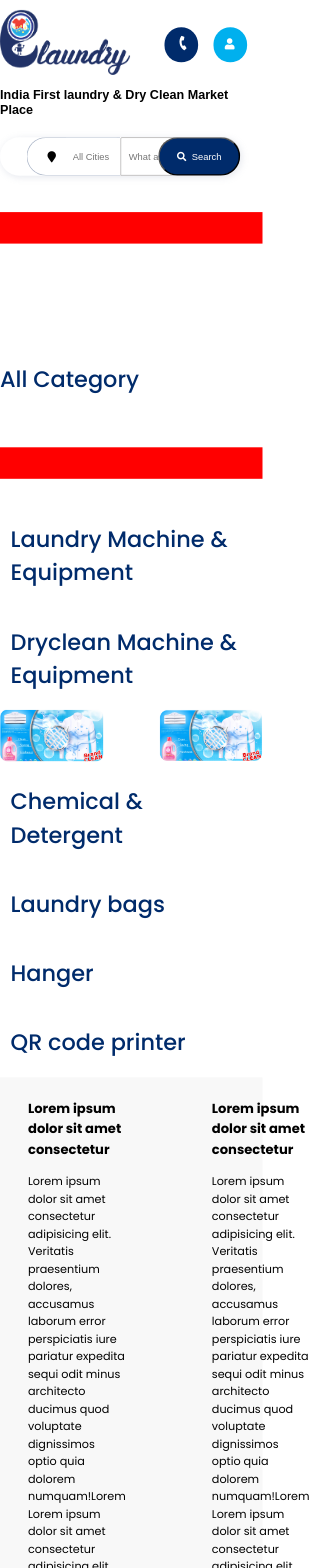
Repository: anamikatomar21/omramartnew
Page: /
These files come from the project's save history. The page is drawn as it stood at one moment and after the next save; the edit follows.
The browser window is 375 px wide. The page is 442 px wide, so the pictures cover 442 px, including what lies to the right of the window. The pictures show the part of the page from y = 0 to 2240 px (the page is 4921 px tall before and 4931 px after), at 70% of full size.
The page's requests for data from a server got no answer. The project was rebuilt for these pictures with package versions that can differ from the ones it lists, and the page was loaded fresh each time. Some packages were replaced by stand-ins written for this rebuild. The framework's server and built-in components were replaced by stand-ins that run in the browser. No one was signed in, and anything a server would have sent is missing. Also part of the build but not shown: next.config.js, styles/Merchant/smallbanner.module.scss, styles/Merchant/layout.module.scss.

Above is the page before, as saved 2022-07-21 18:02:27.

After the next save:
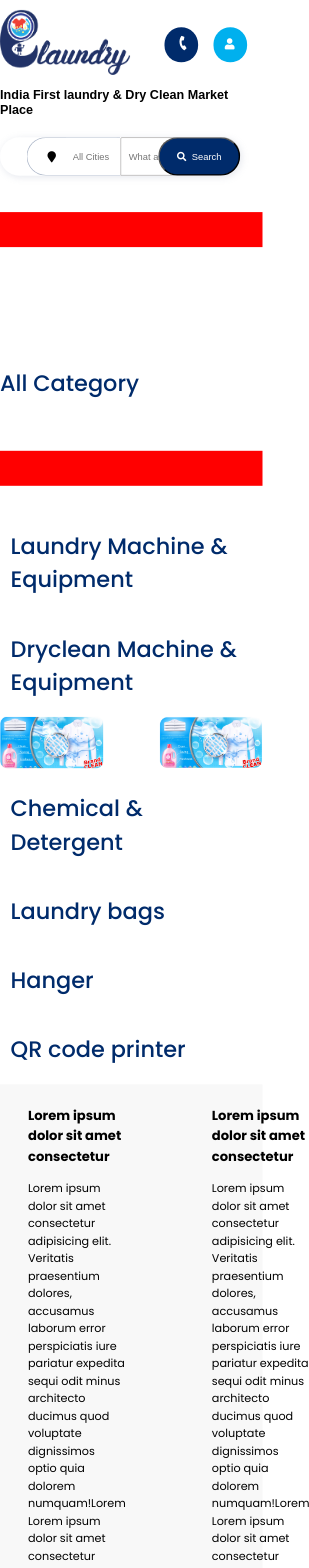
Saved 11 s later.
--- a/styles/Merchant/productcard.module.scss
+++ b/styles/Merchant/productcard.module.scss
@@ -125,7 +125,7 @@
       display: flex;
       /* margin-top: 40px; */
       /* margin-top: 52px; */
-      height: 45px;
+      height: 50px;
       /* margin-bottom: 36px; */
       background: red;
   }
